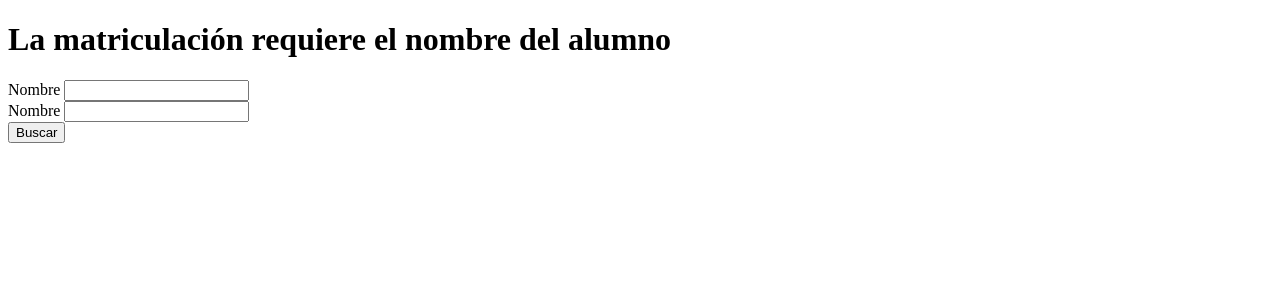
Repository: scgil/master-java
Page: Semana2/09-ValidacionesPerfilesInclude/src/main/webapp/login.html
These files come from the project's save history. The page is drawn as it stood at one moment and after the next save; the edit follows.
The browser window is 1280 px wide. The pictures show the whole page.

Above is the page before, as saved 2024-12-16 09:44:51.

### Semana2/09-ValidacionesPerfilesInclude/src/main/webapp/login.html
<!DOCTYPE html>
<html>
<head>
<meta charset="UTF-8">
<title>Login</title>
</head>
<body>
	<h1>La matriculación requiere el nombre del alumno</h1>
    <form action="ServletPersona" method="post">
    	<label for="usuario">Nombre</label>
    		<input type="text" name="usuario"><br>
    	<label for="password">Nombre</label>
    		<input type="text" name="password"><br>
		<button  type="submit" id="enviar">Buscar</button>
    </form>
</body>
</html>

After the next save:
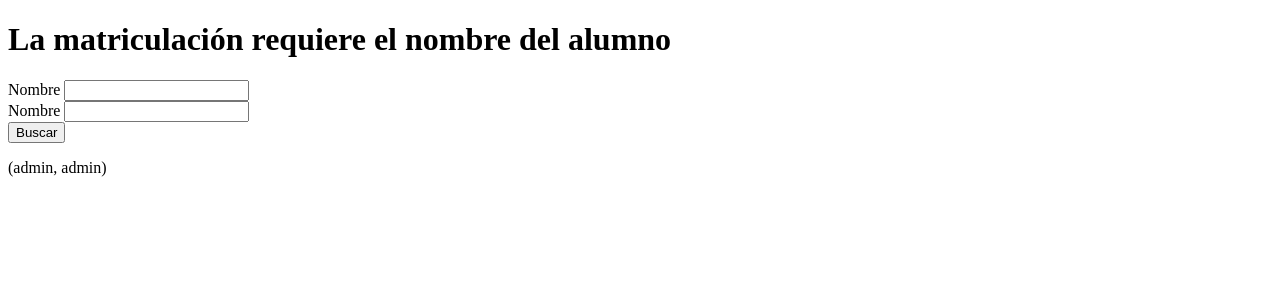
Saved 31 s later.
--- a/Semana2/09-ValidacionesPerfilesInclude/src/main/webapp/login.html
+++ b/Semana2/09-ValidacionesPerfilesInclude/src/main/webapp/login.html
@@ -12,6 +12,7 @@
     	<label for="password">Nombre</label>
     		<input type="text" name="password"><br>
 		<button  type="submit" id="enviar">Buscar</button>
+		<p>(admin, admin)</p>
     </form>
 </body>
 </html>
